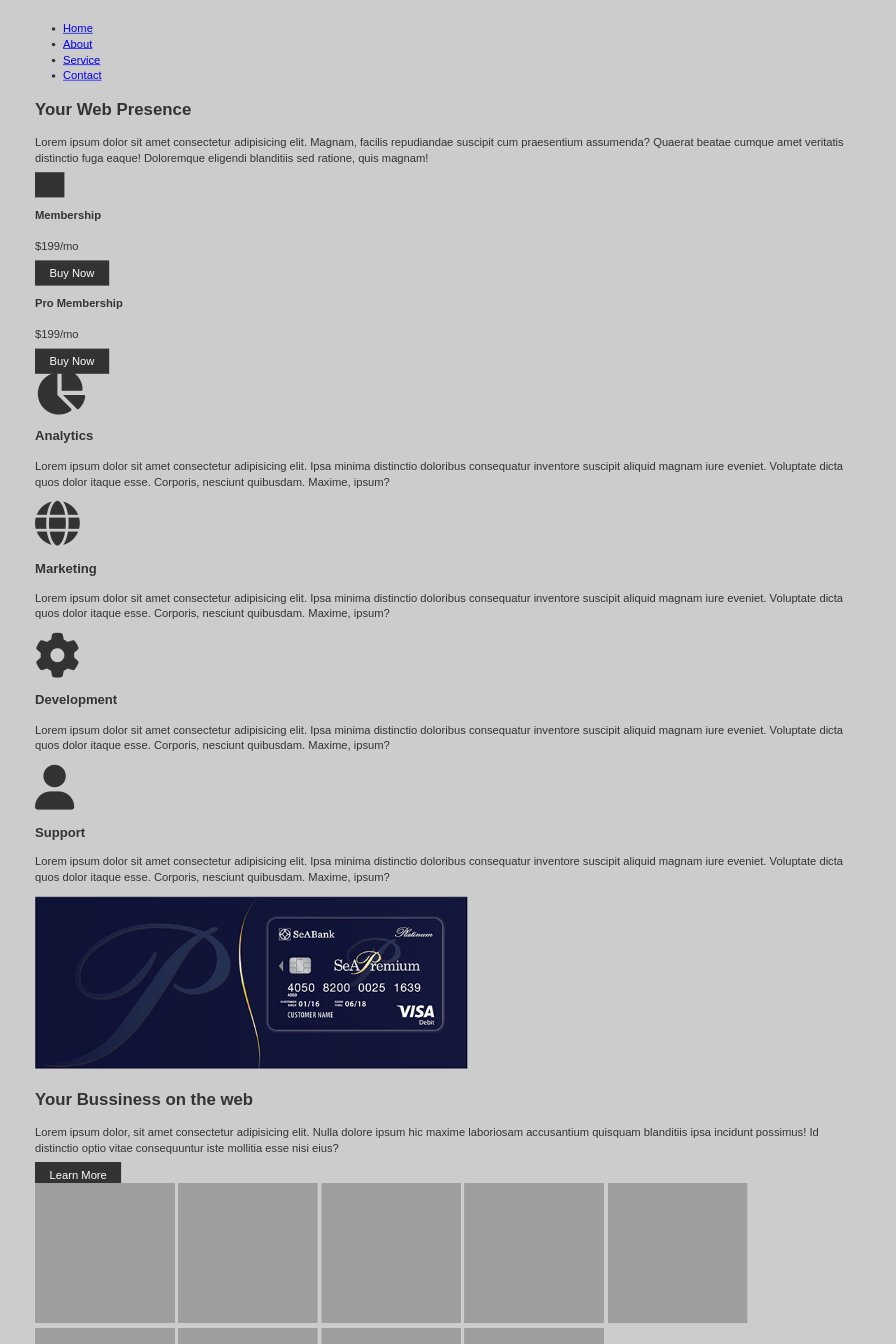
Repository: 1813404040072/grid-demo
Page: index.html
An editor plug-in stored every save of this project. The page is shown before and after a run of saves, followed by the edit.
The browser window is 1280 px wide. The pictures show the part of the page from y = 0 to 1920 px (the page is 2171 px tall before and 2319 px after), at 70% of full size.
Pictures or frames that could not be fetched are drawn as grey boxes. Some web libraries are served in a nearby version.

Above is the page before, as saved 2019-12-24 23:16:17.

After the next 5 saves:
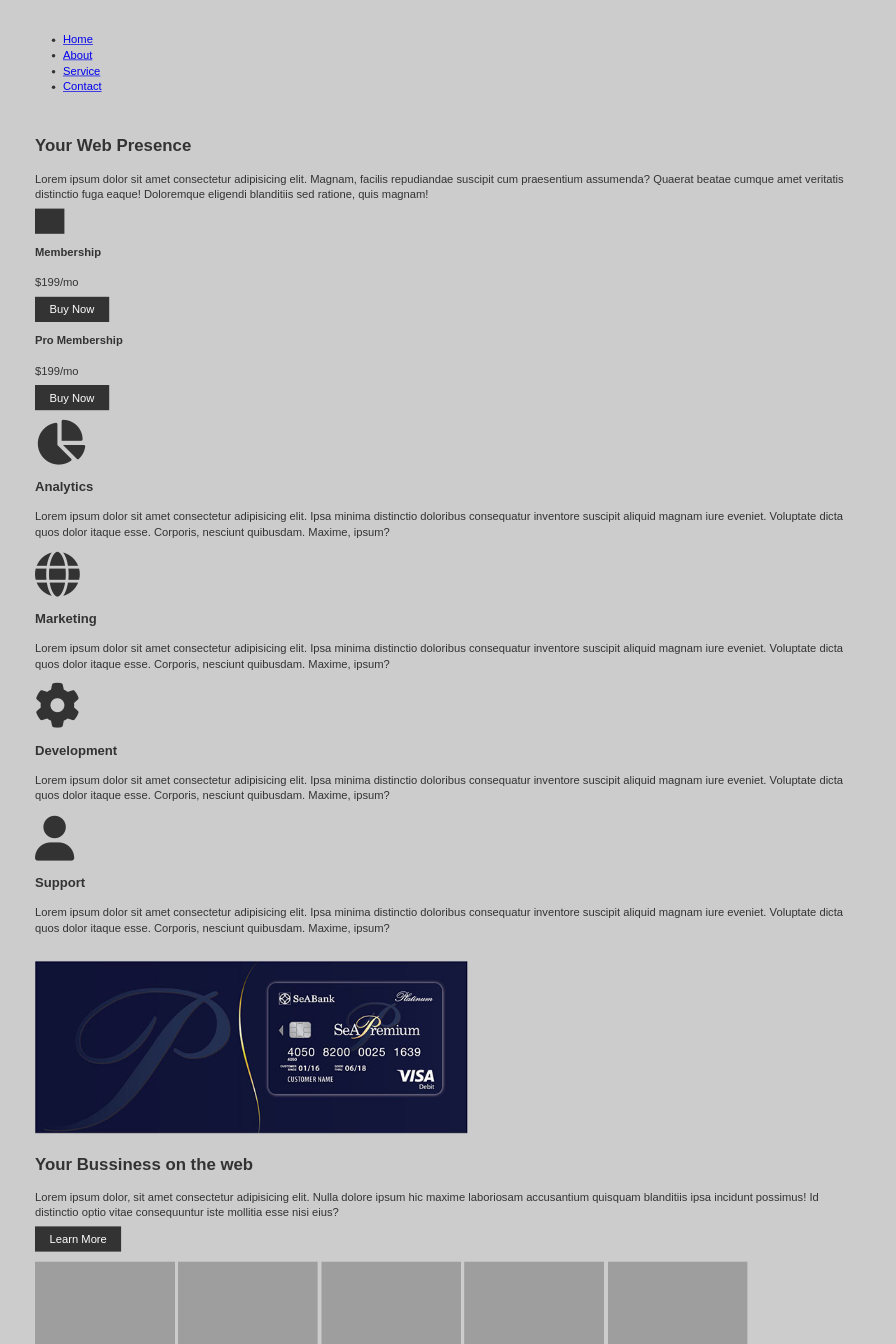
The 5 saves are shown as one change because they came seconds apart.
The last was saved 13 s later.
--- a/style.css
+++ b/style.css
@@ -31,5 +31,6 @@
 }
 
 .wrapper {
-    display: gr;
+    display: grid;
+    grid-gap: 20px;
 }
